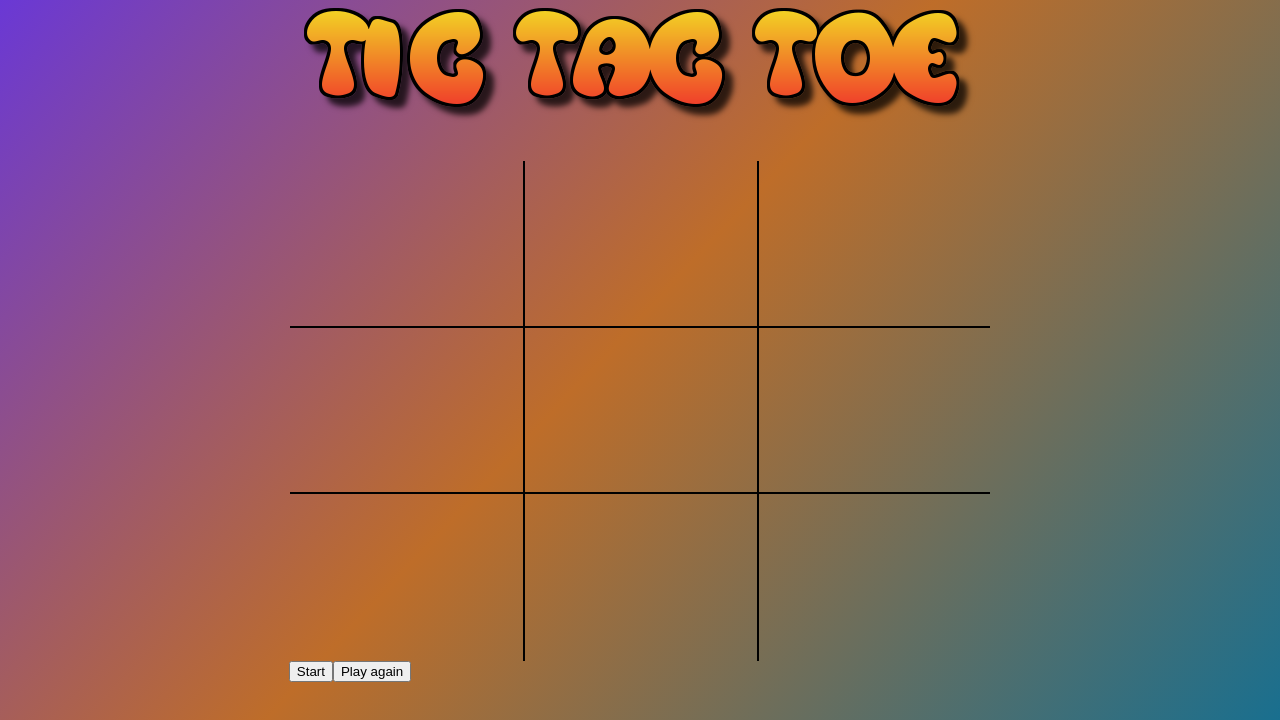
Repository: malx9/Project--5---Tic-Tac-Toe-with-AI
Page: index.html
An editor plug-in stored every save of this project. The page is shown before and after the next save, followed by the edit.
The browser window is 1280 px wide. The pictures show the whole page.

Above is the page before, as saved 2023-12-25 17:33:55.

After the next save:
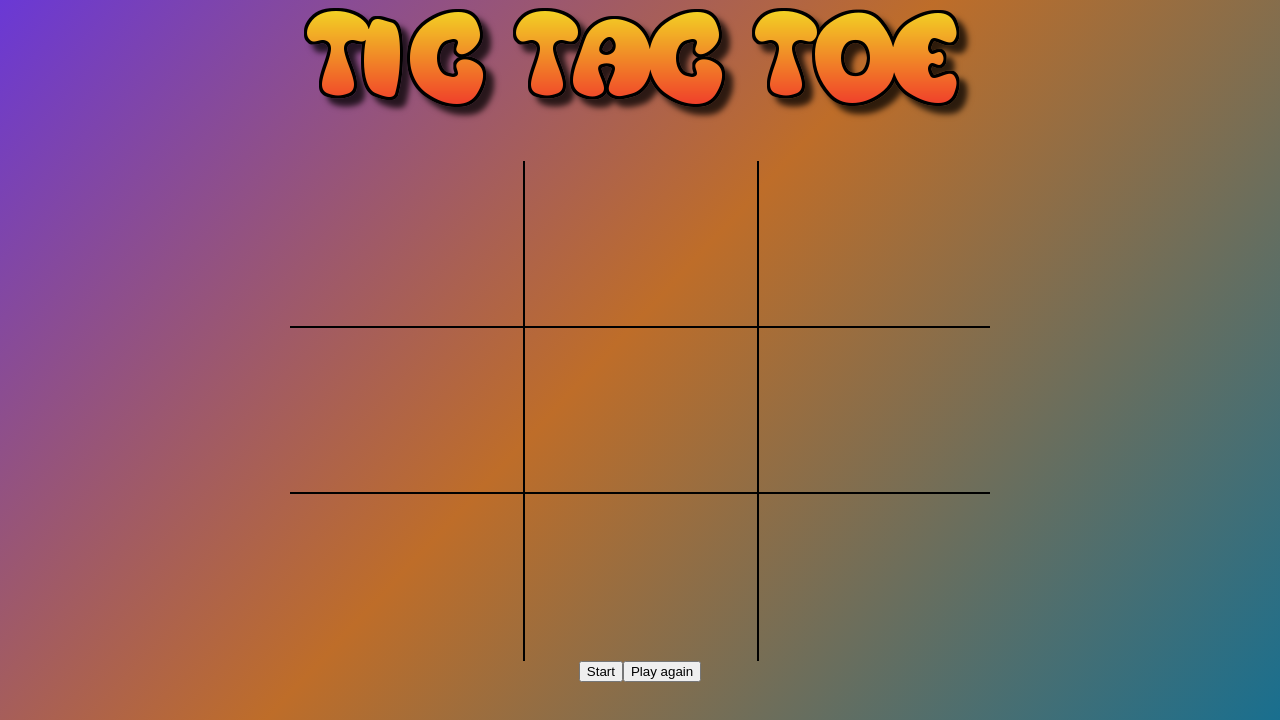
Saved 7 s later.
--- a/styles.css
+++ b/styles.css
@@ -52,7 +52,6 @@ body {
 .game--options {
   display: flex;
   justify-content: center;
-  width: 700px;
   align-items: center;
 }
 
